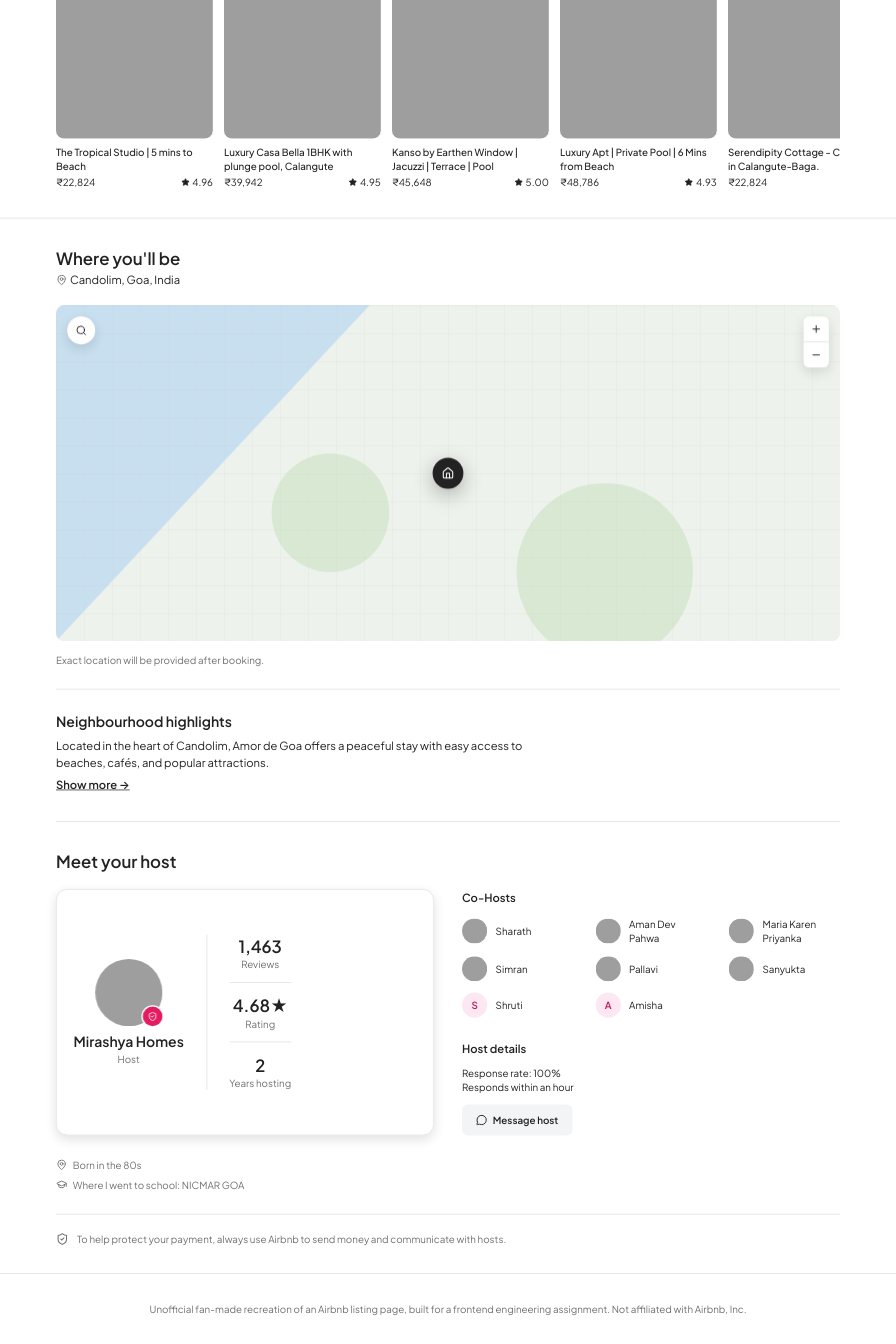
Repository: RushilGosain/airbnb-clone
Page: /
An editor plug-in stored every save of this project. The page is shown before and after the next save, followed by the edit.
The browser window is 1280 px wide. The pictures show the part of the page from y = 4480 to 6400 px (the page is 6400 px tall before and 6299 px after), at 70% of full size.
Pictures or frames that could not be fetched are drawn as grey boxes. The project was rebuilt for these pictures with package versions that can differ from the ones it lists, and the page was loaded fresh each time. Also part of the build but not shown: vite.config.js, src/components/Lightbox.jsx, src/components/AmenitiesModal.jsx, src/components/PhotoTourPage.jsx.

Above is the page before, as saved 2026-09-17 11:55:22.

After the next save:
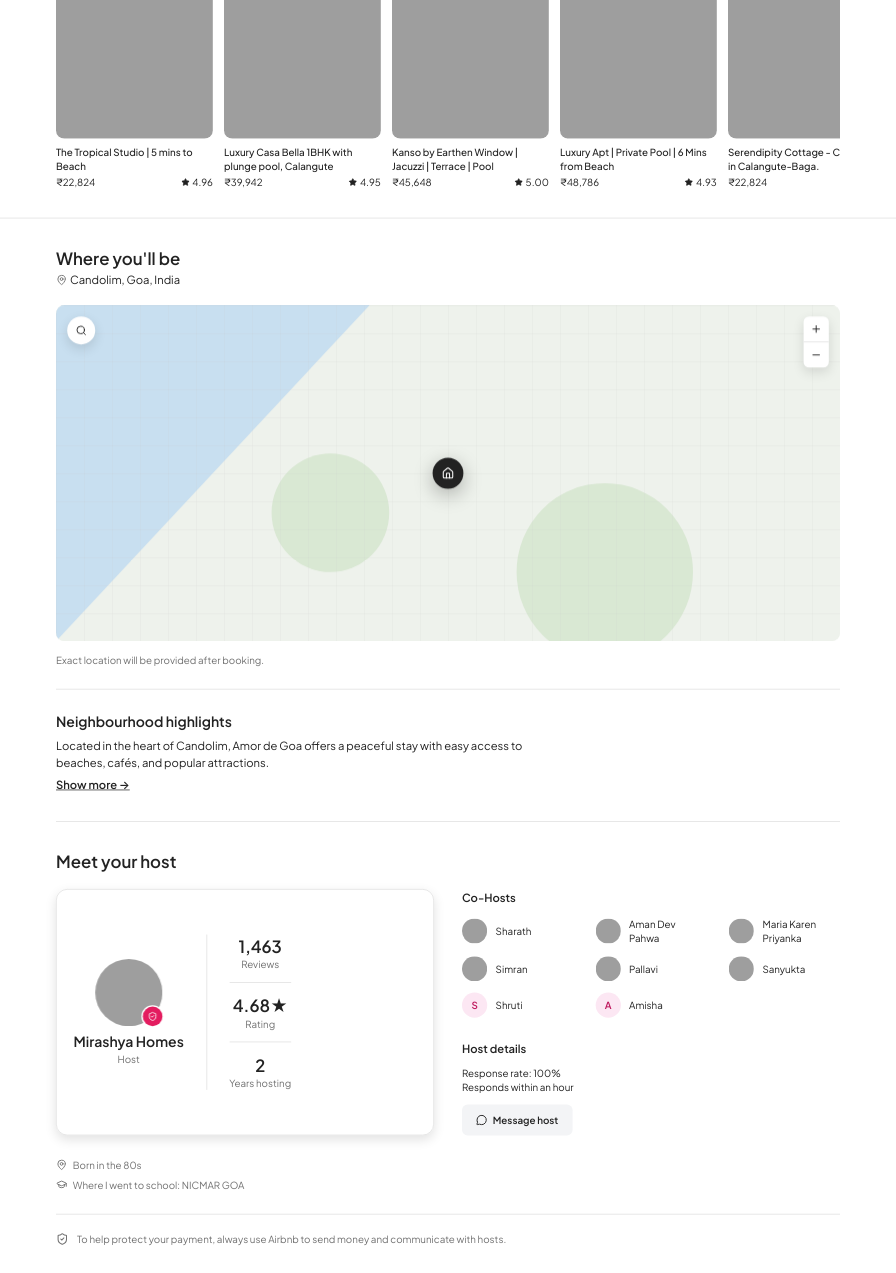
Saved 53 min 24 s later.
--- a/src/pages/ListingPage.jsx
+++ b/src/pages/ListingPage.jsx
@@ -37,12 +37,7 @@
       <NearbyStays />
       <LocationSection />
 
-      <footer className="border-t border-line py-10 text-center text-sm text-subtle">
-        <p>
-          Unofficial fan-made recreation of an Airbnb listing page, built for a frontend
-          engineering assignment. Not affiliated with Airbnb, Inc.
-        </p>
-      </footer>
+
     </div>
   );
 }
